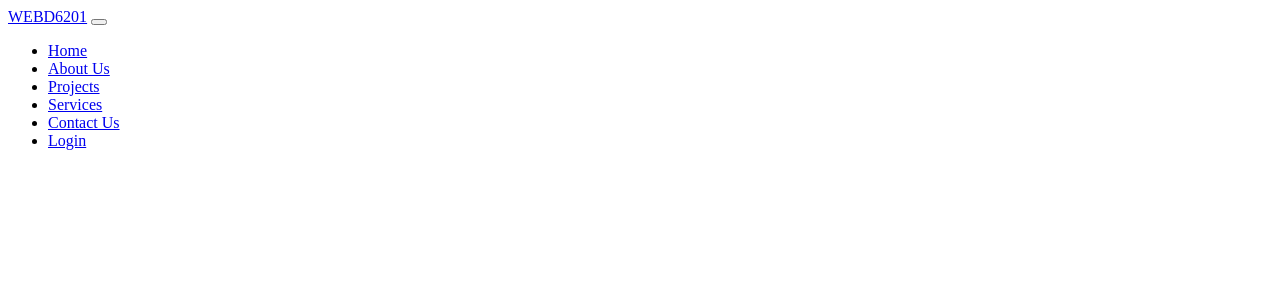
Repository: GarlicButterBoy/WEBD6201-ICE06
Page: Views/components/header.html
An editor plug-in stored every save of this project. The page is shown before and after a run of saves, followed by the edit.
The browser window is 1280 px wide. The pictures show the whole page.

Above is the page before, as saved 2021-03-03 09:51:46.

### Views/components/header.html
<!-- Main Navigation -->
<nav class="navbar navbar-expand-lg navbar-dark bg-dark">
    <div class="container-fluid">
      <a class="navbar-brand" href="#">WEBD6201</a>
      <button class="navbar-toggler" type="button" data-bs-toggle="collapse" data-bs-target="#navbarSupportedContent" aria-controls="navbarSupportedContent" aria-expanded="false" aria-label="Toggle navigation">
        <span class="navbar-toggler-icon"></span>
      </button>
      <div class="collapse navbar-collapse" id="navbarSupportedContent">
        <ul class="navbar-nav me-auto mb-2 mb-lg-0">
          <li class="nav-item">
            <a id="home" class="nav-link" aria-current="page" href="#"><i class="fas fa-home fa-lg"></i> Home</a>
          </li>

          <li class="nav-item">
            <a id="about" class="nav-link" aria-current="page" href="#"><i class="fas fa-info fa-lg"></i> About Us</a>
          </li>

          <li class="nav-item">
            <a id="projects" class="nav-link" aria-current="page" href="#"><i class="fas fa-cog fa-lg"></i> Projects</a>
          </li>

          <li class="nav-item">
            <a id="services" class="nav-link" aria-current="page" href="#"><i class="fas fa-map fa-lg"></i> Services</a>
          </li>

          <li class="nav-item">
            <a id="contact" class="nav-link" aria-current="page" href="#"><i class="fas fa-phone fa-lg"></i> Contact Us</a>
          </li>
          <li id="login" class="nav-item">
            <a id="login" class="nav-link" aria-current="page" href="#"><i class="fas fa-sign-in-alt fa-lg"></i> Login</a>
          </li>
        </ul>
      </div>
    </div>
  </nav>

After the next 4 saves:
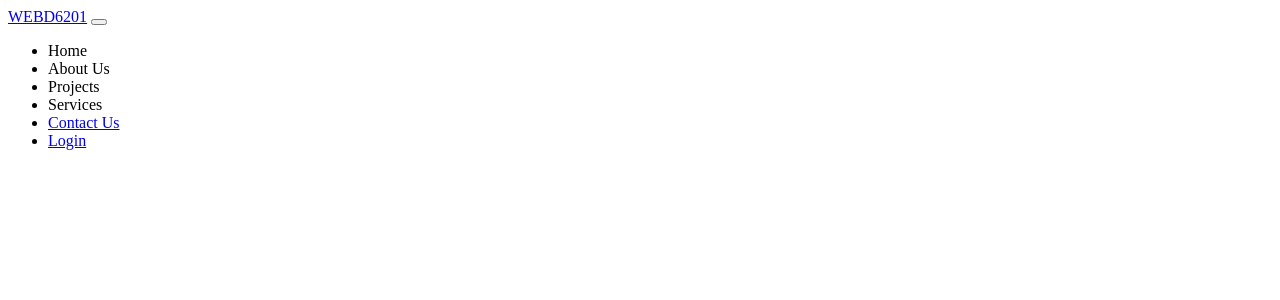
The 4 saves are shown as one change because they came seconds apart.
The last was saved 32 s later.
--- a/Views/components/header.html
+++ b/Views/components/header.html
@@ -8,19 +8,19 @@
       <div class="collapse navbar-collapse" id="navbarSupportedContent">
         <ul class="navbar-nav me-auto mb-2 mb-lg-0">
           <li class="nav-item">
-            <a id="home" class="nav-link" aria-current="page" href="#"><i class="fas fa-home fa-lg"></i> Home</a>
+            <a id="home" class="nav-link" aria-current="page" ><i class="fas fa-home fa-lg"></i> Home</a>
           </li>
 
           <li class="nav-item">
-            <a id="about" class="nav-link" aria-current="page" href="#"><i class="fas fa-info fa-lg"></i> About Us</a>
+            <a id="about" class="nav-link" aria-current="page" ><i class="fas fa-info fa-lg"></i> About Us</a>
           </li>
 
           <li class="nav-item">
-            <a id="projects" class="nav-link" aria-current="page" href="#"><i class="fas fa-cog fa-lg"></i> Projects</a>
+            <a id="projects" class="nav-link" aria-current="page"><i class="fas fa-cog fa-lg"></i> Projects</a>
           </li>
 
           <li class="nav-item">
-            <a id="services" class="nav-link" aria-current="page" href="#"><i class="fas fa-map fa-lg"></i> Services</a>
+            <a id="services" class="nav-link" aria-current="page"><i class="fas fa-map fa-lg"></i> Services</a>
           </li>
 
           <li class="nav-item">
